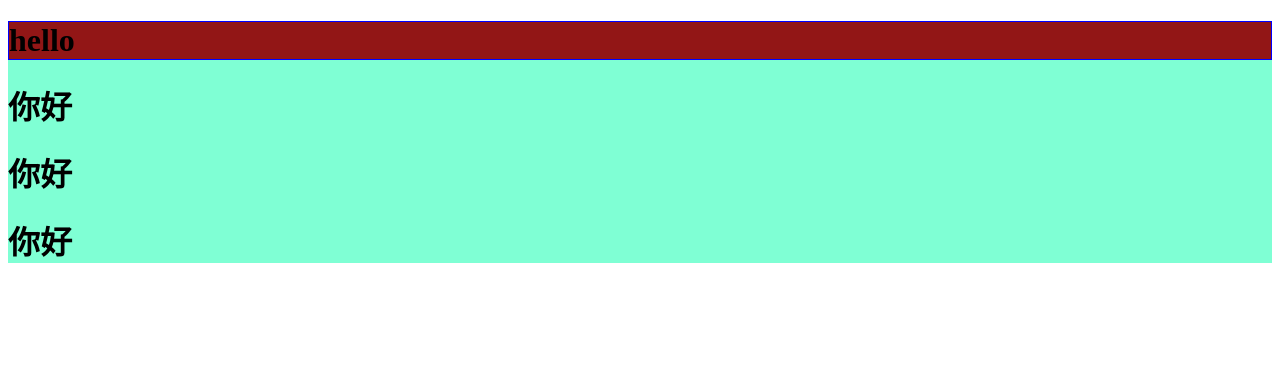
Repository: Lixianlai-2/The-journey-of-learning-Vue
Page: / (app in afterVueCli/Vue_Test/)
An editor plug-in stored every save of this project. The page is shown before and after a run of saves, followed by the edit.
The browser window is 1280 px wide. The pictures show the whole page.
The project was rebuilt for these pictures with package versions that can differ from the ones it lists, and the page was loaded fresh each time.

Above is the page before, as saved 2022-04-14 16:17:59.

After the next 2 saves:
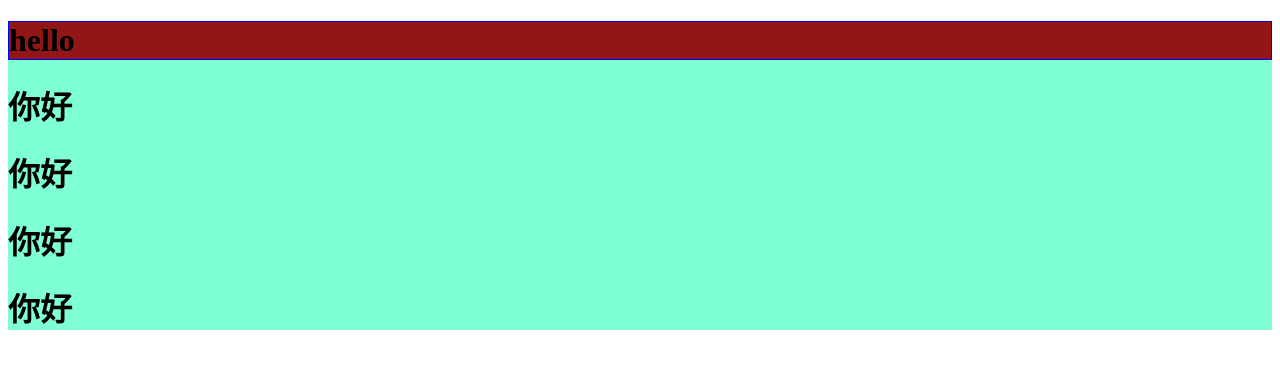
The 2 saves are shown as one change because 1 did not build or start.
The last was saved 2 min 58 s later.
--- a/afterVueCli/Vue_Test/src/components/myList.vue
+++ b/afterVueCli/Vue_Test/src/components/myList.vue
@@ -1,15 +1,17 @@
 <template>
-  <h1>你好</h1>
-  <!-- <myItem /> -->
+  <div>
+    <h1>你好</h1>
+    <myItem />
+  </div>
 </template>
 
 <script>
-// import myItem from "./myItem.vue";
+import myItem from "./myItem.vue";
 
 export default {
   name: "List",
   components: {
-    // myItem,
+    myItem,
   },
 };
 </script>
